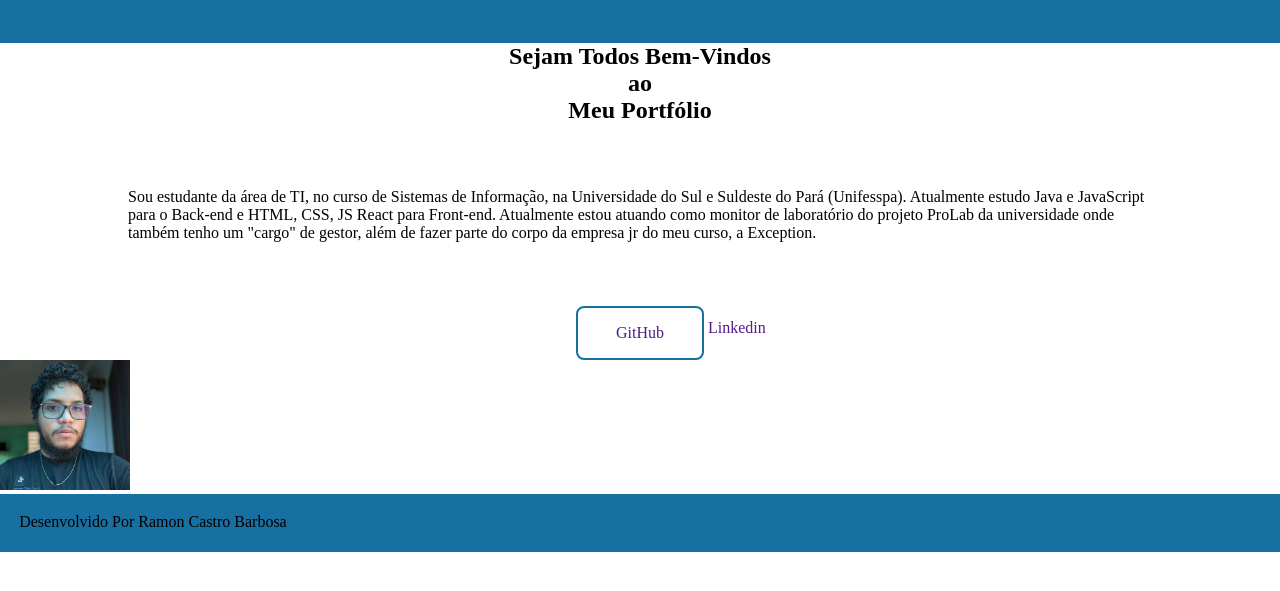
Repository: ramoncbarbosa/Web1_Atividade2
Page: index.html
An editor plug-in stored every save of this project. The page is shown before and after a run of saves, followed by the edit.
The browser window is 1280 px wide. The pictures show the whole page.

Above is the page before, as saved 2023-06-10 15:44:04.

### index.html
<!DOCTYPE html>
<html lang="pt-br">
<head>
    <meta charset="UTF-8">
    <meta name="viewport" content="width=device-width, initial-scale=1.0">
    <link rel="stylesheet" href="./styles/styles.css">
    <title>Portfólio</title>
</head>
<body>
    <header class="cabecalho">
        <nav>
           <a href=""></a>
           <a href=""></a>
        </nav>
    </header>
    <section></section>
    <main class="principal">
        <section class="principal__principal">
            <h1 class="principal__titulo">Sejam Todos Bem-Vindos<br> ao<br> <strong>Meu Portfólio</strong></h1>
            <p class="principal__texto">
                Sou estudante da área de TI, no curso de Sistemas de Informação, na Universidade do Sul e Suldeste do Pará (Unifesspa). Atualmente estudo Java e JavaScript para o Back-end e HTML, CSS, JS React para Front-end.
                    Atualmente estou atuando como monitor de laboratório do projeto ProLab da universidade onde também tenho um "cargo" de gestor, além de fazer parte do corpo da empresa jr do meu curso, a Exception.
            </p>
            <div class="princiapl__links">
                <a target="_blank" class="social__github" href=""><img src="" alt="">GitHub</a>

                <a target="_blank" class="social__linkedin" href=""><img src="" alt="">Linkedin</a>
            </div>
        </section>
            <img src="./img/perfil.jpg" alt="" width="130" height="130">
    </main>
    <footer class="rodape">
        <p class="rodape__rodape">Desenvolvido Por Ramon Castro Barbosa</p>
    </footer>
</body>
</html>

### styles/styles.css
*{
    padding: 0;
    margin: 0;
    box-sizing: border-box;
    text-decoration: none;
}

:root{
    --cor-um: #176FA2;
    --cor-dois: #EEEEEE;
    --cor-tres: #000000;
}

.cabecalho{
    width: 100%;
    height: 6vh;
    padding: 2% 0 0 10%
    gap: 5rem;
    display: flex;
    background-color: var(--cor-um);
}

.principal{
    justify-content: center;
}

.principal__titulo{
    text-align: center;
    justify-content: center;
}

.principal__texto{
    display: flex;
    align-items: center;
    flex-wrap: wrap;
    justify-content: space-around;
    padding: 5% 10%;
}

.principal__links{
    display: flex;
    flex-direction: row;
    justify-content: space-between;
    align-items: center;
    gap: 1rem;
}

.social__github{
    width: 10%;
    padding: 1rem 0;
    margin-left: 45%;
    display: inline-flex;
    align-items: center;
    justify-content: center;
    text-align: center;
    border: 2px solid var(--cor-um);
    border-radius: 0.5rem;
}

.social__linkedin{
    width: 10%;
    padding: 1rem 0;


    /*
    margin-left: 45%;
    display: inline-flex;
    align-items: center;
    justify-content: center;
    text-align: center;
    border: 2px solid var(--cor-um);
    border-radius: 0.5rem;
    */
}

.imagem{

}

.rodape{
    width: 100%;
    height: 8vh;
    display: flex;
    background-color: var(--cor-um);
}

.rodape__rodape{
    text-align: center;
    padding: 1.5%;
}

After the next 2 saves:
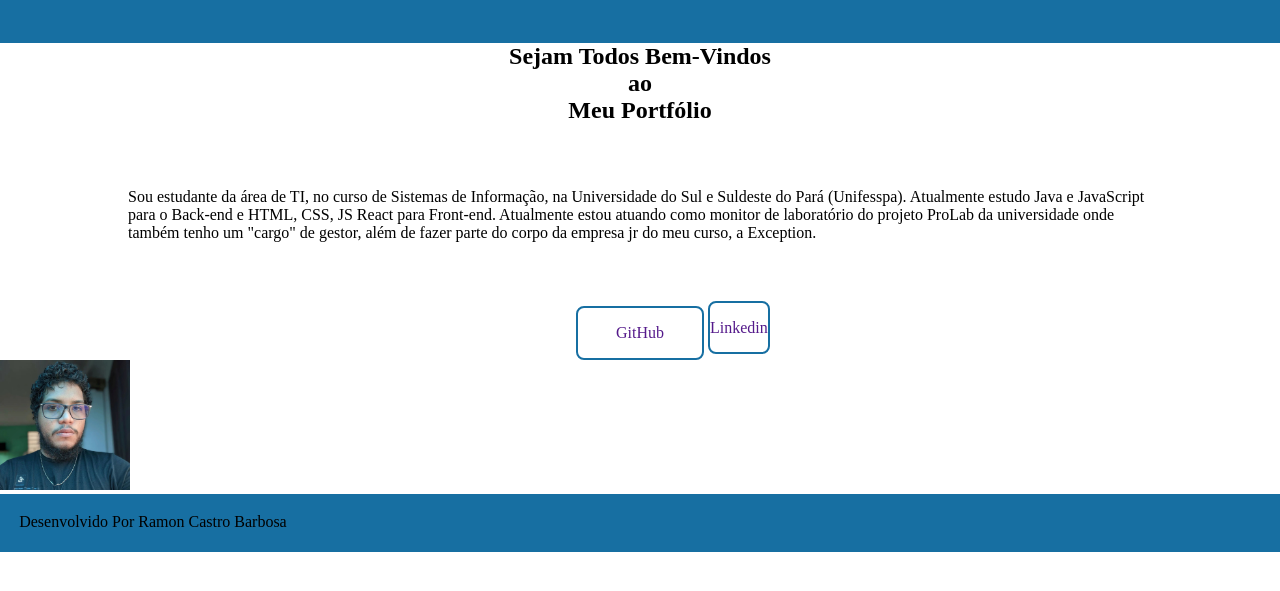
The 2 saves are shown as one change because they came seconds apart.
The last was saved 10 s later.
--- a/styles/styles.css
+++ b/styles/styles.css
@@ -61,6 +61,8 @@
     width: 10%;
     padding: 1rem 0;
 
+    border: 2px solid var(--cor-um);
+    border-radius: 0.5rem;
 
     /*
     margin-left: 45%;
@@ -68,8 +70,7 @@
     align-items: center;
     justify-content: center;
     text-align: center;
-    border: 2px solid var(--cor-um);
-    border-radius: 0.5rem;
+
     */
 }
 
